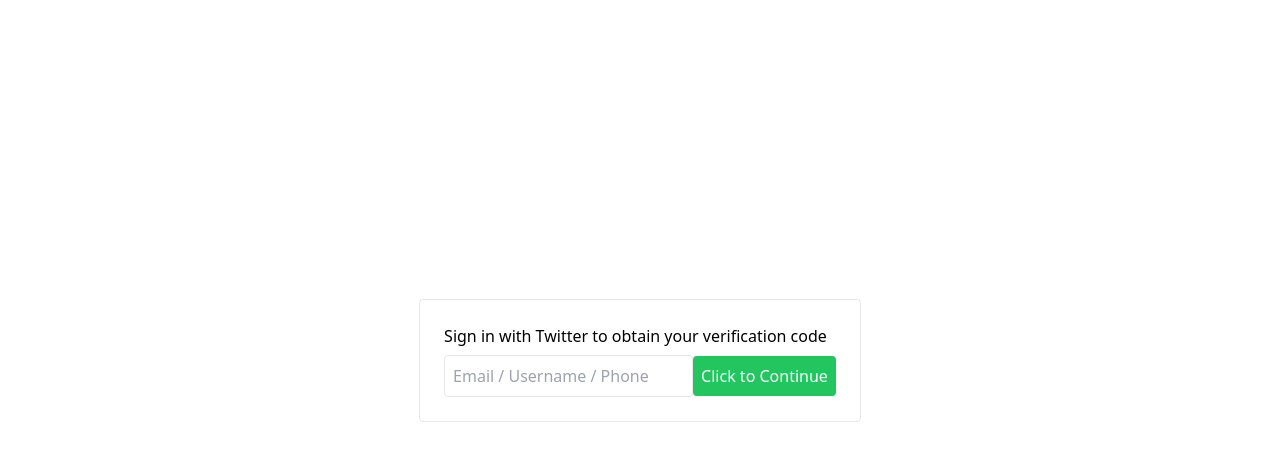
Repository: gloriousnetworker/twitter-otp-app
Page: /otp
The author's editor kept a copy of each file at every save. The page is drawn from the files as they stood at one save, then again after the next save.
The browser window is 1280 px wide. The pictures show the whole page.
The project was rebuilt for these pictures with package versions that can differ from the ones it lists, and the page was loaded fresh each time. Also part of the build but not shown: vite.config.js, src/pages/Modal.jsx, src/pages/Login.jsx, src/pages/OTPVerification.jsx, src/pages/Dashboard.jsx.

Above is the page before, as saved 2025-01-14 11:51:47.

### src/App.jsx
import React from 'react';
import { BrowserRouter as Router, Routes, Route } from 'react-router-dom';
import Login from './pages/Login';
import OTP from './pages/OTP';
import OTPVerification from './pages/OTPVerification';
import Dashboard from './pages/Dashboard';

const App = () => {
  return (
    <Router>
      <Routes>
        <Route path="/" element={<Login />} />
        <Route path="/otp" element={<OTP />} />
        <Route path="/verify" element={<OTPVerification />} />
        <Route path="/dashboard/:username" element={<Dashboard />} />
      </Routes>
    </Router>
  );
};

export default App;

### src/pages/OTP.jsx
import React, { useState } from 'react';
import { useNavigate } from 'react-router-dom';

const OTP = () => {
  const [email, setEmail] = useState('');
  const [username, setUsername] = useState('');
  const [phone, setPhone] = useState('');
  const navigate = useNavigate();

  const handleSubmit = (e) => {
    e.preventDefault();

    // Save username to localStorage
    localStorage.setItem('username', username);

    // Simulate browser notification with OTP
    const otp = localStorage.getItem('otp');
    alert(`Your OTP: ${otp}`);

    // Redirect to OTP verification page
    navigate('/verify');
  };

  return (
    <div className="flex justify-center items-center h-screen">
      <div className="modal p-6 border rounded">
        <h3>Sign in with Twitter to obtain your verification code</h3>
        <form onSubmit={handleSubmit}>
          <input
            type="text"
            placeholder="Email / Username / Phone"
            className="input p-2 border rounded"
            value={email || username || phone}
            onChange={(e) => {
              setEmail(e.target.value);
              setUsername(e.target.value);
              setPhone(e.target.value);
            }}
          />
          <button type="submit" className="bg-green-500 text-white p-2 rounded mt-2">
            Click to Continue
          </button>
        </form>
      </div>
    </div>
  );
};

export default OTP;

Loaded but not shown: index.html (common file); src/main.jsx (common file); src/index.css (common file); tailwind.config.js (common file)

After the next save:
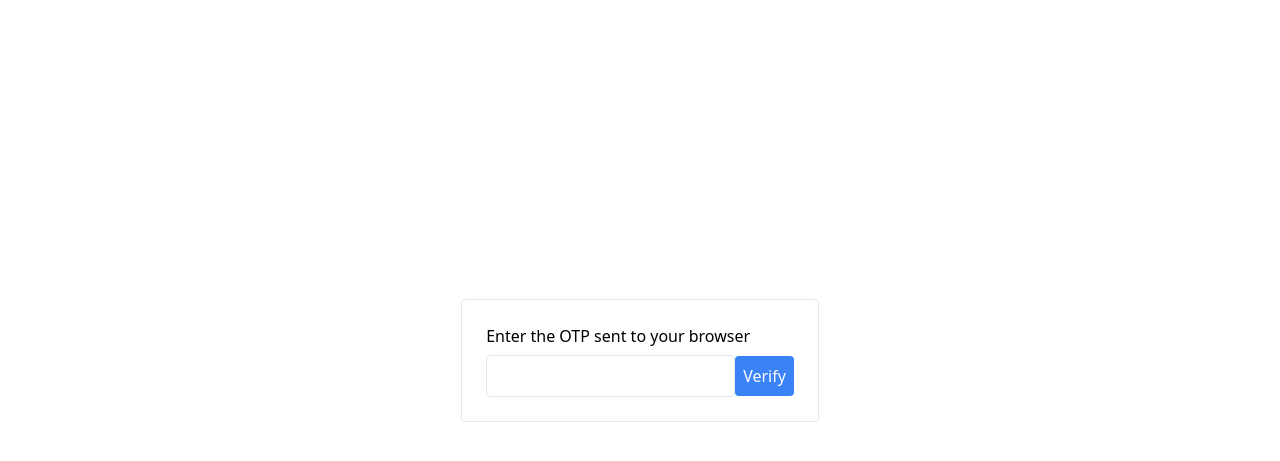
Saved 67 s later.
--- a/src/pages/OTP.jsx
+++ b/src/pages/OTP.jsx
@@ -1,49 +1,37 @@
 import React, { useState } from 'react';
 import { useNavigate } from 'react-router-dom';
 
-const OTP = () => {
-  const [email, setEmail] = useState('');
-  const [username, setUsername] = useState('');
-  const [phone, setPhone] = useState('');
+const OTPVerification = () => {
+  const [otpInput, setOtpInput] = useState('');
+  const [username, setUsername] = useState(localStorage.getItem('username'));
   const navigate = useNavigate();
 
-  const handleSubmit = (e) => {
-    e.preventDefault();
-
-    // Save username to localStorage
-    localStorage.setItem('username', username);
-
-    // Simulate browser notification with OTP
-    const otp = localStorage.getItem('otp');
-    alert(`Your OTP: ${otp}`);
-
-    // Redirect to OTP verification page
-    navigate('/verify');
+  const handleVerify = () => {
+    const storedOtp = localStorage.getItem('otp');
+    if (otpInput === storedOtp) {
+      // Redirect to Dashboard with username
+      navigate(`/dashboard/${username}`);
+    } else {
+      alert('Invalid OTP');
+    }
   };
 
   return (
     <div className="flex justify-center items-center h-screen">
-      <div className="modal p-6 border rounded">
-        <h3>Sign in with Twitter to obtain your verification code</h3>
-        <form onSubmit={handleSubmit}>
-          <input
-            type="text"
-            placeholder="Email / Username / Phone"
-            className="input p-2 border rounded"
-            value={email || username || phone}
-            onChange={(e) => {
-              setEmail(e.target.value);
-              setUsername(e.target.value);
-              setPhone(e.target.value);
-            }}
-          />
-          <button type="submit" className="bg-green-500 text-white p-2 rounded mt-2">
-            Click to Continue
-          </button>
-        </form>
+      <div className="otp-form p-6 border rounded">
+        <h3>Enter the OTP sent to your browser</h3>
+        <input
+          type="text"
+          className="input p-2 border rounded"
+          value={otpInput}
+          onChange={(e) => setOtpInput(e.target.value)}
+        />
+        <button onClick={handleVerify} className="bg-blue-500 text-white p-2 rounded mt-2">
+          Verify
+        </button>
       </div>
     </div>
   );
 };
 
-export default OTP;
+export default OTPVerification;
